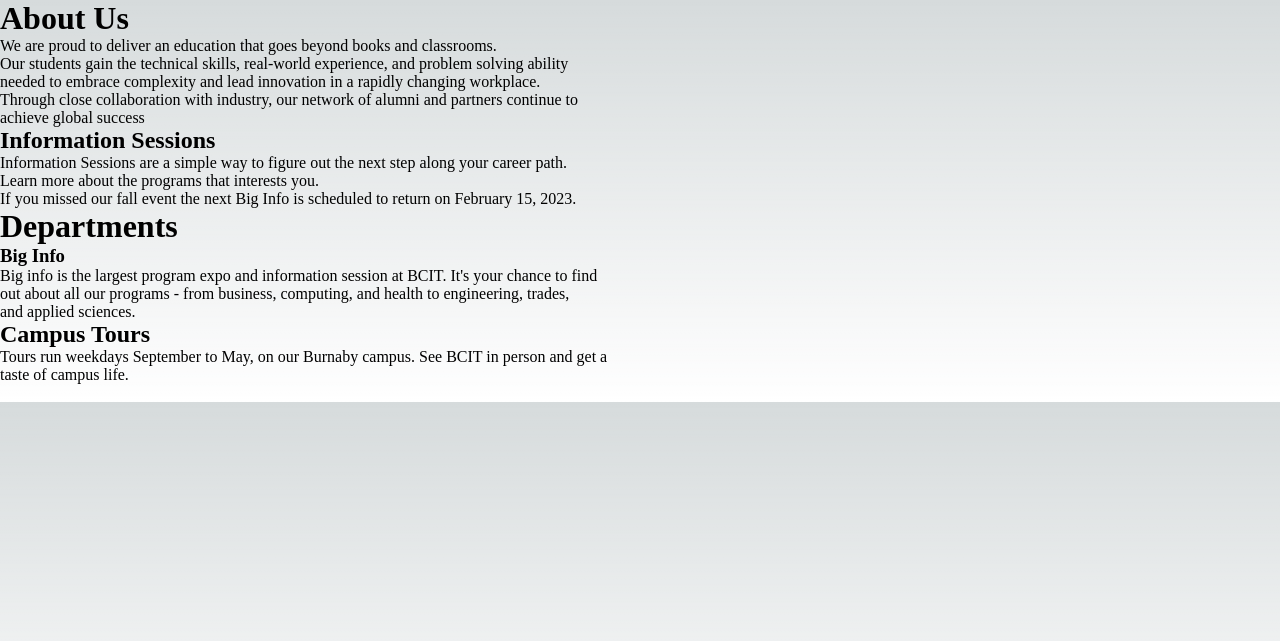
Repository: jennydmcm/assignment-1-playwright-site-A01338943
Page: /about
These files come from the project's save history. The page is drawn as it stood at one moment and after the next save; the edit follows.
The browser window is 1280 px wide. The pictures show the whole page.
The project was rebuilt for these pictures with package versions that can differ from the ones it lists, and the page was loaded fresh each time. The framework's server and built-in components were replaced by stand-ins that run in the browser. Also part of the build but not shown: next.config.js, styles/About.module.css.

Above is the page before, as saved 2023-02-08 12:34:51.

After the next save:
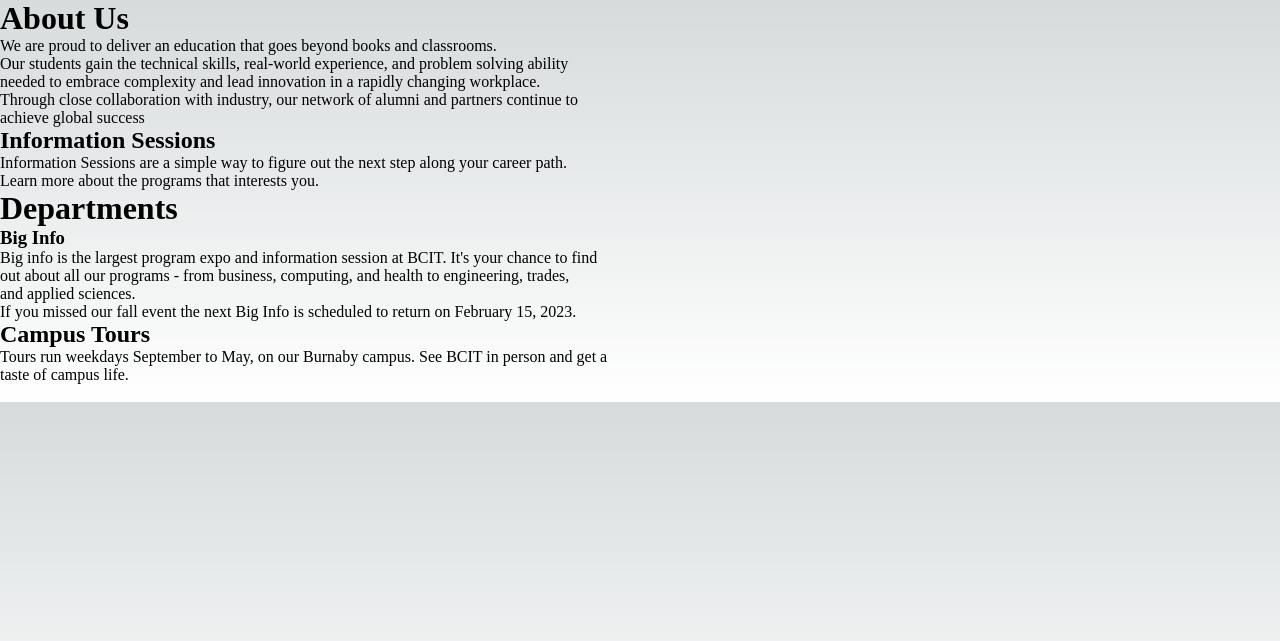
Saved 27 s later.
--- a/pages/about.js
+++ b/pages/about.js
@@ -46,11 +46,6 @@ export default function Home() {
               along your career path. <br></br>
               Learn more about the programs that interests you.
             </p>
-
-            <p>
-              If you missed our fall event the next Big Info is scheduled to
-              return on February 15, 2023.
-            </p>
           </div>
           <h1>Departments</h1>
           <div>
@@ -61,6 +56,10 @@ export default function Home() {
               out about all our programs - from business, computing, and health
               to engineering, trades,<br></br>
               and applied sciences.
+            </p>
+            <p>
+              If you missed our fall event the next Big Info is scheduled to
+              return on February 15, 2023.
             </p>
           </div>
           <div>
